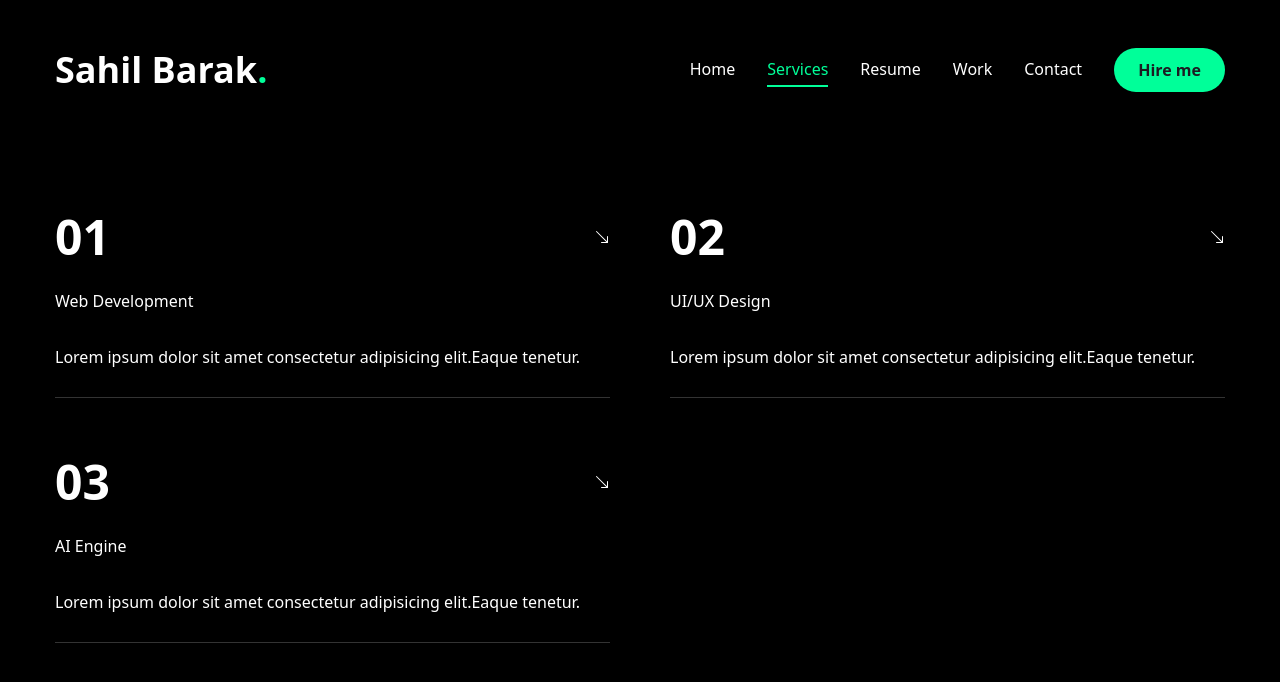
Repository: Moxsahil/My_portfolio
Page: /services (app in sahil-portfolio/)
The author's editor kept a copy of each file at every save. The page is drawn from the files as they stood at one save, then again after the next save.
The browser window is 1280 px wide. The pictures show the whole page.
The project was rebuilt for these pictures with package versions that can differ from the ones it lists, and the page was loaded fresh each time. The framework's server and built-in components were replaced by stand-ins that run in the browser. Also part of the build but not shown: sahil-portfolio/next.config.mjs.

Above is the page before, as saved 2024-10-04 13:22:54.

### sahil-portfolio/app/layout.jsx
import { JetBrains_Mono } from "next/font/google";
import "./globals.css";
import Header from "@/components/Header";
import PageTransition from "@/components/PageTransition";
import StairTransition from "@/components/StairTransition";

const jetbrainsMono = JetBrains_Mono({
  subsets: ["latin"],
   weight: ["100", "200", "300", "400", "500", "600", "700", "800"],
   variable: '--font-jetbrainsMono'
});

export const metadata = {
  title: "Create Next App",
  description: "Generated by create next app",
};

export default function RootLayout({ children }) {
  return (
    <html lang="en">
      <body className={jetbrainsMono.variable}>
        <Header />
        <StairTransition />
        <PageTransition> {children}</PageTransition>
        </body>
    </html>
  );
}

### sahil-portfolio/app/services/page.jsx
"use client";

import { BsArrowDownRight } from "react-icons/bs"
import Link from "next/link";

const services = [
  {
    num: '01',
    title: 'Web Development',
    description: 'Lorem ipsum dolor sit amet consectetur adipisicing elit.Eaque tenetur.'
  },
  {
    num: '02',
    title: 'UI/UX Design',
    description: 'Lorem ipsum dolor sit amet consectetur adipisicing elit.Eaque tenetur.'
  },
  {
    num: '03',
    title: 'AI Engine',
    description: 'Lorem ipsum dolor sit amet consectetur adipisicing elit.Eaque tenetur.'
  },
];

import { motion } from "framer-motion";

const Services = () => {
  return (
  <section className="min-h-[80vh] flex flex-col justify-center py-12 xl:py-0">
    <div className="container mx-auto">
      <motion.div initial={{opacity: 0 }}
      animate={{
        opacity:1,
        transition: {delay:2.4, duration:0.4, ease: "easeIn"},
      }}
      className="grid grid-cols-1 md:grid-cols-2 gap-[60px]"
      >
       {services.map((service, index) => {
        return (
        <div
        key={index}
        className="flex-1 flex flex-col justify-center gap-6 group"
        >
          {/* top */}
          <div className="w-full flex justify-between items-center">
            <div className="text-5xl font-extrabold">{service.num}</div>
            <Link href={`/services/${service.num}`} >
            <BsArrowDownRight />
            </Link>
          </div>
          {/* title */}
          <h2>{service.title}</h2>
          {/* description */}
          <p>{service.description}</p>
          {/* border */}
          <div className="border-b border-white/20 w-full"></div>
        </div>
       );
       })}
      </motion.div>
      </div>
  </section>
  );
};

export default Services;

### sahil-portfolio/app/globals.css
@tailwind base;
@tailwind components;
@tailwind utilities;

@layer base{
    body {
        @apply font-primary bg-black text-white leading-loose;
    }
    .h1{
        @apply text-[48px] xl:text-[80px] leading-[1.1] font-semibold;
    }
    .h2{
        @apply text-[36px] xl:text-[48px] leading-[1.1] font-semibold;
    }
    .h3{
        @apply text-[20px] xl:text-[24px] leading-[1.1] font-semibold;
    }
}

.text-outline{
    -webkit-text-stroke: 1px #ffffff;
}

.text-outline-hover{
    -webkit-text-stroke: 1px #00ff99;
}

### sahil-portfolio/components/Header.jsx
import Link from "next/link";
import { Button } from "./ui/button";

//components
import Nav from "./Nav";
import MobileNav from "./MobileNav";
const Header = () => {
  return (
     <header className = "py-8 xl:py-12 text-white">
    <div className = "container mx-auto flex justify-between items-center">
      {/* logo */}
      <Link href="/">
        <h1 className="text-4xl font-semibold">
          Sahil Barak<span className="text-accent">.</span>
        </h1>
        </Link>


        {/* desktop nav & hire me button */}
        <div className="hidden xl:flex items-center gap-8">
        <Nav />
        <Link href="/#contact">
        <Button>Hire me</Button>
        </Link>
        </div>

        {/* mobile nav */}
        <div className="xl:hidden">
          <MobileNav />
        </div>
    </div>
  </header>
  );
};

export default Header;

### sahil-portfolio/components/PageTransition.jsx
 "use client";


 import { AnimatePresence, motion } from "framer-motion";
import { usePathname } from "next/navigation";

 const PageTransition = ({children}) => {
  const pathname = usePathname();

  return (
    <AnimatePresence>

      <div key={pathname}>
        <motion.div initial={{opacity: 1}}
        animate={{opacity:0,
         transition: {delay: 1,duration: 0.4, ease: "easeInOut"},
         }}
         className="h-screen w-screen fixed bg-primary top-0 pointer-events-none"
         />
        {children}</div>
    </AnimatePresence>
  )
}

export default PageTransition

### sahil-portfolio/components/StairTransition.jsx
"use client";

import { AnimatePresence, motion } from "framer-motion";
import { usePathname } from "next/navigation";

//components
import Stairs from "./Stairs";

const StairTransition = () => {
  const pathname = usePathname();
  return (
    <>
    <AnimatePresence mode="wait">
      <div key={pathname}>
        <div className="h-screen w-screen fixed top-0 left-0 right-0
        pointer-events-none z-40 flex">
         <Stairs />
          </div>

        <motion.div
        className="h-screen w-screen fixed bg-primary top-0 pointer-events-none"
        initial={{opacity: 1}}
        animate={{
          opacity: 0,
          transition: {delay: 1,duration: 0.4, ease: "easeInOut" },
      }}
        />
      </div>
    </AnimatePresence>
    </>
  );
}

export default StairTransition

### sahil-portfolio/components/ui/button.jsx
import * as React from "react"
import { Slot } from "@radix-ui/react-slot"
import { cva } from "class-variance-authority";

import { cn } from "@/lib/utils"

const buttonVariants = cva(
  "inline-flex items-center justify-center whitespace-nowrap rounded-full text-base font-semibold ring-offset-white transition-colors",
  {
    variants: {
      variant: {
        default: "bg-accent text-primary hover:bg-accent-hover",
        primary: "bg-primary text-white ",
        outline:
        "border border-accent bg-transparent text-accent hover :bg-accent hover: text-primary",

      },
      size: {
        default: "h-[44px] px-6",
        md: "h-[48px] px-6",
        lg: "h-[56px] px-8 text-sm uppercase tracking-[2px]",

      },
    },
    defaultVariants: {
      variant: "default",
      size: "default",
    },
  }
)

const Button = React.forwardRef(({ className, variant, size, asChild = false, ...props }, ref) => {
  const Comp = asChild ? Slot : "button"
  return (
    (<Comp
      className={cn(buttonVariants({ variant, size, className }))}
      ref={ref}
      {...props} />)
  );
})
Button.displayName = "Button"

export { Button, buttonVariants }

### sahil-portfolio/components/Nav.jsx
"use client";

import Link from "next/link";
import { usePathname } from "next/navigation";

const links = [
    {
        name: "Home",
        path: "/",
    },
    {
        name: "services",
        path: "/services",
    },
    {
        name: "resume",
        path: "/resume",
    },
    {
        name: "work",
        path: "/work",
    },
    {
        name: "contact",
        path: "/contact",
    },
];


const Nav = () => {
    const pathname = usePathname();
  return (
    <nav className="flex gap-8">
        {links.map((link, index) => {
            return (
                <Link href={link.path} key={index} className ={`${
                    link.path === pathname &&
                    "text-accent border-b-2 border-accent"}
                    capitalize font-medium hover:text-accent transition-all`}
                    >
                    {link.name}
                </Link>
            );
        })}
    </nav>
  )
}

export default Nav

### sahil-portfolio/components/MobileNav.jsx
"use client";

import { Sheet, SheetContent, SheetTrigger } from "@/components/ui/sheet";
import { usePathname } from "next/navigation";
import Link from "next/link";
import { CiMenuFries } from "react-icons/ci";

const links = [
  {
    name: "Home",
    path: "/",
  },
  {
    name: "services",
    path: "/services",
  },
  {
    name: "resume",
    path: "/resume",
  },
  {
    name: "work",
    path: "/work",
  },
  {
    name: "contact",
    path: "/contact",
  },
]

const MobileNav = () => {
  const pathname = usePathname();
  return (
    <Sheet>
      <SheetTrigger className ="flex-justify-center items-center">
        <CiMenuFries className="text-[32px] text-accent"/>
      </SheetTrigger>
      <SheetContent className="flex flex-col">
        {/* logo */}
        <div className="mt-32 mb-40 text-center text-2xl">
          <Link href="/">
          <h1 className="text-4xl font-semibold">
            Sahil Barak<span className="text-accent">.</span></h1>
          </Link>
        </div>
        {/* nav  */}
        <nav className="flex flex-col justify-center items-center gap-8">
          {links.map((link, index) => {
            return(
              <Link href={link.path} key={index} className={` ${link.path === pathname && "text-accent border-b-2 border-accent"}text-xl capitalize hover:text-accent transition-all`}>
                {link.name}
              </Link>
            );
          })}
        </nav>
      </SheetContent>
    </Sheet>
  );
};

export default MobileNav;

### sahil-portfolio/components/Stairs.jsx
import { motion } from "framer-motion";

const stairAnimation = {
    initial: {
        top: "0%",
    },
    animate: {
        top: "100%",
    },
    exit: {
        top: ["100%`", "0%"],
    },
};


// calculate the reverse index fot staggred delay

const reverseIndex = (index) => {
    const totalSteps = 6; // number of steps
    return totalSteps - index - 1;
};
const Stairs = () => {
  return (
  <>

    {/* render 6 motion divs, each representing a step of the stairs.
    Each div will have the same animation defined by the stairsAnimation object.
    the delay for each div is calculated sinamically based on its reversed index ,
    creating a staggered effect with decreasing delay for each subsequent step.
    */}
    {[...Array(6)].map((_, index)=>{
        return (
        <motion.div
         key={index}
         variants={stairAnimation}
         initial="initial"
         animate="animate"
         exit="exit"
         transition={{
            duration: 0.4,
            ease: "easeInOut",
            delay: reverseIndex(index) * 0.1,
        }}
        className="h-full w-full bg-white relative"
        />
    );
    })}
  </>
  );
};

export default Stairs

### sahil-portfolio/components/ui/sheet.jsx
"use client";
import * as React from "react"
import * as SheetPrimitive from "@radix-ui/react-dialog"
import { cva } from "class-variance-authority";
import { cn } from "@/lib/utils"

import { IoMdClose } from "react-icons/io";

const Sheet = SheetPrimitive.Root

const SheetTrigger = SheetPrimitive.Trigger

const SheetClose = SheetPrimitive.Close

const SheetPortal = SheetPrimitive.Portal

const SheetOverlay = React.forwardRef(({ className, ...props }, ref) => (
  <SheetPrimitive.Overlay
    className={cn(
      "fixed inset-0 z-50 bg-black/80  data-[state=open]:animate-in data-[state=closed]:animate-out data-[state=closed]:fade-out-0 data-[state=open]:fade-in-0",
      className
    )}
    {...props}
    ref={ref} />
))
SheetOverlay.displayName = SheetPrimitive.Overlay.displayName

const sheetVariants = cva(
  "fixed z-50 gap-4 bg-primary p-6 shadow-lg transition ease-in-out data-[state=open]:animate-in data-[state=closed]:animate-out data-[state=closed]:duration-300 data-[state=open]:duration-500 dark:bg-slate-950",
  {
    variants: {
      side: {
        top: "inset-x-0 top-0 border-b data-[state=closed]:slide-out-to-top data-[state=open]:slide-in-from-top",
        bottom:
          "inset-x-0 bottom-0 border-t data-[state=closed]:slide-out-to-bottom data-[state=open]:slide-in-from-bottom",
        left: "inset-y-0 left-0 h-full w-3/4 border-r data-[state=closed]:slide-out-to-left data-[state=open]:slide-in-from-left sm:max-w-sm",
        right:
          "inset-y-0 right-0 h-full w-3/4  data-[state=closed]:slide-out-to-right data-[state=open]:slide-in-from-right sm:max-w-sm",
      },
    },
    defaultVariants: {
      side: "right",
    },
  }
)

const SheetContent = React.forwardRef(({ side = "right", className, children, ...props }, ref) => (
  <SheetPortal>
    <SheetOverlay />
    <SheetPrimitive.Content ref={ref} className={cn(sheetVariants({ side }), className)} {...props}>
      {children}
      <SheetPrimitive.Close
        className= "absolute right-8 top-8 transition-opacity outline-none">
        <IoMdClose className="text-3xl text-accent" />
        <span className="sr-only">Close</span>
      </SheetPrimitive.Close>
    </SheetPrimitive.Content>
  </SheetPortal>
))
SheetContent.displayName = SheetPrimitive.Content.displayName

const SheetHeader = ({
  className,
  ...props
}) => (
  <div
    className={cn("flex flex-col space-y-2 text-center sm:text-left", className)}
    {...props} />
)
SheetHeader.displayName = "SheetHeader"

const SheetFooter = ({
  className,
  ...props
}) => (
  <div
    className={cn("flex flex-col-reverse sm:flex-row sm:justify-end sm:space-x-2", className)}
    {...props} />
)
SheetFooter.displayName = "SheetFooter"

const SheetTitle = React.forwardRef(({ className, ...props }, ref) => (
  <SheetPrimitive.Title
    ref={ref}
    className={cn("text-lg font-semibold text-slate-950 dark:text-slate-50", className)}
    {...props} />
))
SheetTitle.displayName = SheetPrimitive.Title.displayName

const SheetDescription = React.forwardRef(({ className, ...props }, ref) => (
  <SheetPrimitive.Description
    ref={ref}
    className={cn("text-sm text-slate-500 dark:text-slate-400", className)}
    {...props} />
))
SheetDescription.displayName = SheetPrimitive.Description.displayName

export {
  Sheet,
  SheetPortal,
  SheetOverlay,
  SheetTrigger,
  SheetClose,
  SheetContent,
  SheetHeader,
  SheetFooter,
  SheetTitle,
  SheetDescription,
}

### sahil-portfolio/tailwind.config.js
/** @type {import('tailwinds').Config} */
module.exports = {
  darkMode: ["class"],
  content: [
    './pages/**/*.{js,jsx}',
    './components/**/*.{js,jsx}',
    './app/**/*.{js,jsx}',
    './src/**/*.{js,jsx}',
  ],
  prefix: "",
  theme: {
    container: {
      center: true,
      padding: "15px",
    },
      screens: {
      sm: "640px",
      md: "768px",
      lg: "960px",
      xl: "1200px",
    },
    fontFamily: {
      primary: "var(--font-JetBrainsMono)",
    },
    extend: {

      colors: {
        primary: '#1c1c22',
        accent: {
          DEFAULT: '#00ff99',
          hover: '#00e187'
        }
      },

      keyframes: {
        "accordion-down": {
          from: { height: "0" },
          to: { height: "var(--radix-accordion-content-height)" },
        },
        "accordion-up": {
          from: { height: "var(--radix-accordion-content-height)" },
          to: { height: "0" },
        },
      },
      animation: {
        "accordion-down": "accordion-down 0.2s ease-out",
        "accordion-up": "accordion-up 0.2s ease-out",
      },
    },
  },
  plugins: [require("tailwindcss-animate")],
}

Loaded but not shown: sahil-portfolio/lib/utils.js (common file)

After the next save:
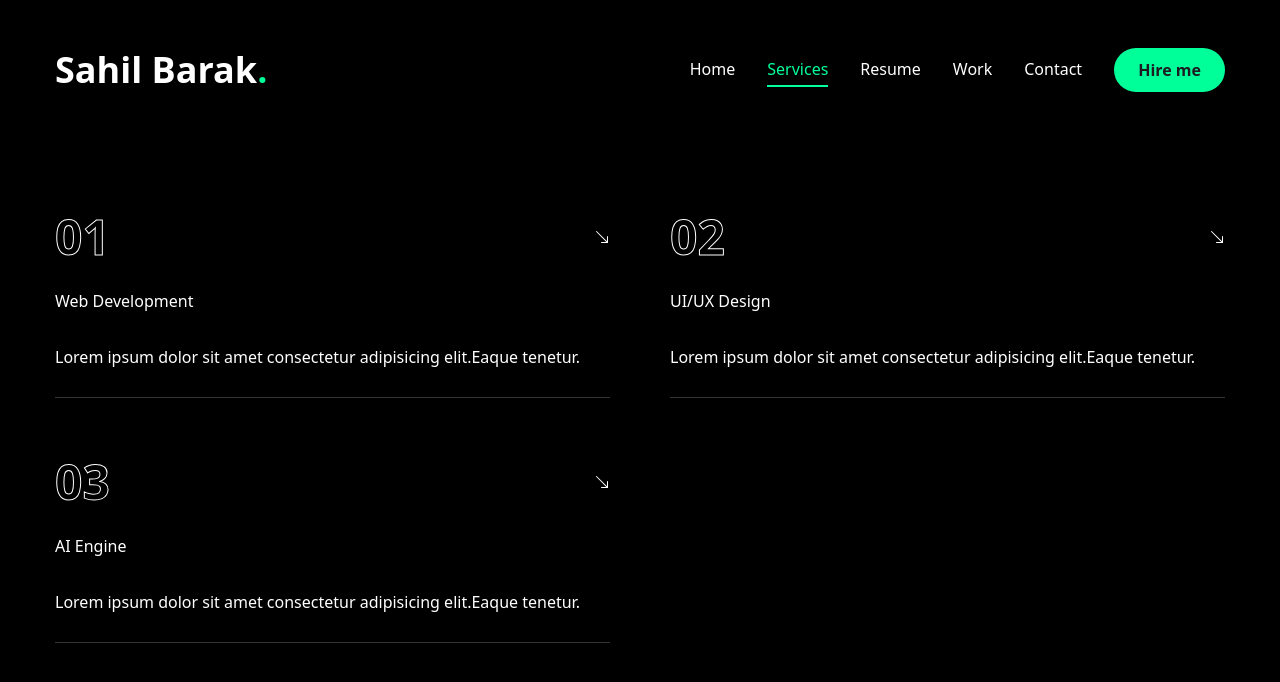
Saved 87 s later.
--- a/sahil-portfolio/app/services/page.jsx
+++ b/sahil-portfolio/app/services/page.jsx
@@ -42,7 +42,7 @@
         >
           {/* top */}
           <div className="w-full flex justify-between items-center">
-            <div className="text-5xl font-extrabold">{service.num}</div>
+            <div className="text-5xl font-extrabold text-outline text-transparent">{service.num}</div>
             <Link href={`/services/${service.num}`} >
             <BsArrowDownRight />
             </Link>
